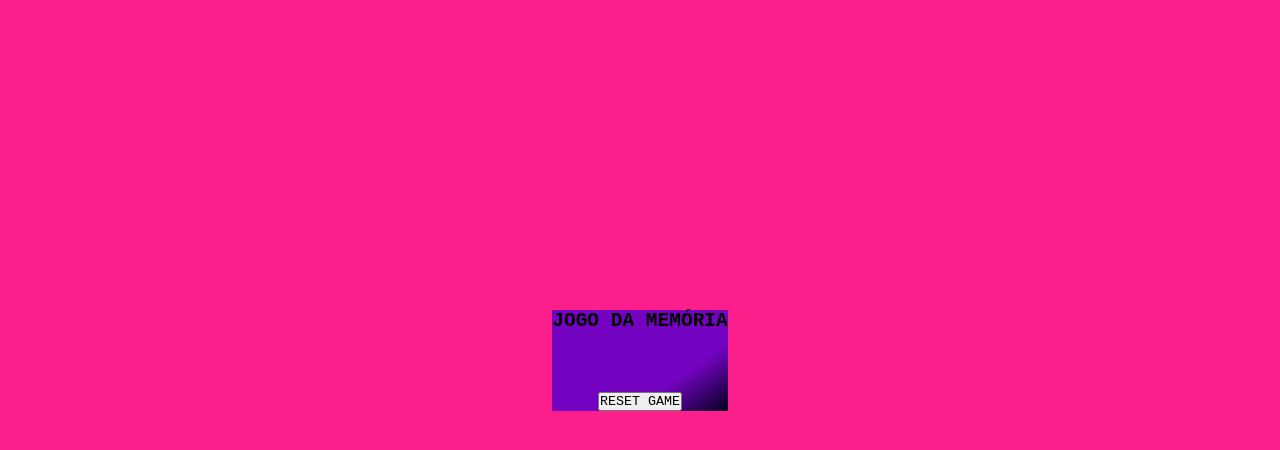
Repository: gustavotwist/memory-game
Page: index.html
The author's editor kept a copy of each file at every save. The page is drawn from the files as they stood at one save, then again after a run of saves.
The browser window is 1280 px wide. The pictures show the whole page.

Above is the page before, as saved 2024-10-14 21:57:54.

### index.html
<!DOCTYPE html>
<html lang="pt-br">
<head>
    <meta charset="UTF-8">
    <meta name="viewport" content="width=device-width, initial-scale=1.0">
    <title>Jogo Da Memória</title>
    <link rel="stylesheet" href="./src/styles/reset.css">
    <link rel="stylesheet" href="./src/styles/main.css">
</head>
<body>
    <div class="container">
        <h2>JOGO DA MEMÓRIA</h2>
        <div class="game"></div>
        <button class="reset"
        onclick="window.location.reload()"
        >RESET GAME</button>
    </div>


    <script src="./src/scripts/engine.js" defer></script>
</body>
</html>

### src/styles/main.css
body {
    display: flex;
    justify-content: center;
    align-items: center;
    min-height: 100vh;
    background: #fc1e8a;
}

.container {
    position: relative;
    display: flex;
    flex-direction: column;
    justify-content: center;
    align-items: center;
    gap: 30px;
    background: linear-gradient(325deg, #03001e 0%, #7303c0 30%);
}

Loaded but not shown: src/styles/reset.css (common file); src/scripts/engine.js (no copy from this time; the picture is the same without it)

After the next 4 saves:
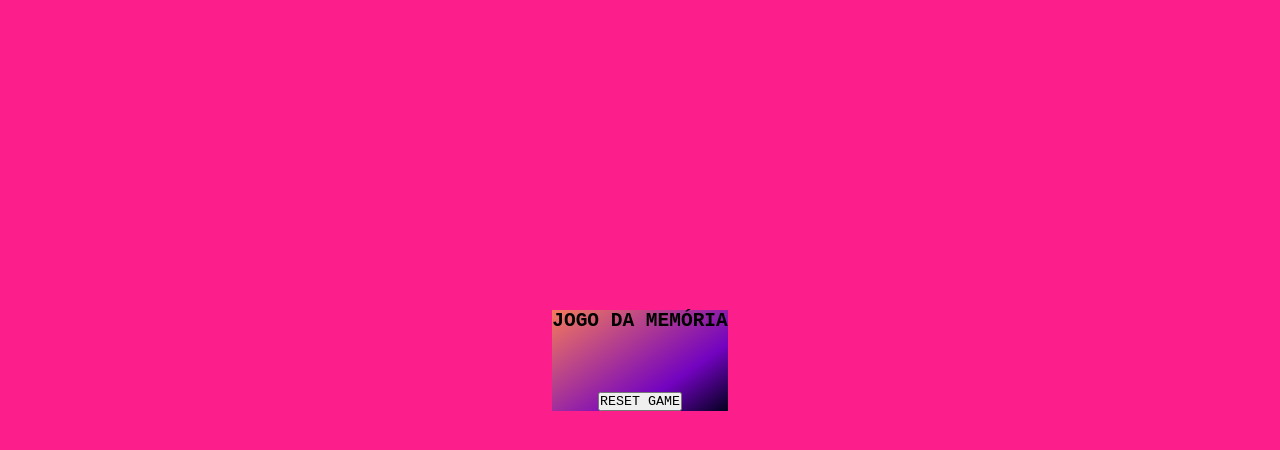
The 4 saves are shown as one change because they came seconds apart.
The last was saved 71 s later.
--- a/src/styles/main.css
+++ b/src/styles/main.css
@@ -13,5 +13,5 @@ body {
     justify-content: center;
     align-items: center;
     gap: 30px;
-    background: linear-gradient(325deg, #03001e 0%, #7303c0 30%);
+    background: linear-gradient(325deg, #03001e 0%, #7303c0 30%, #ec38);
 }
